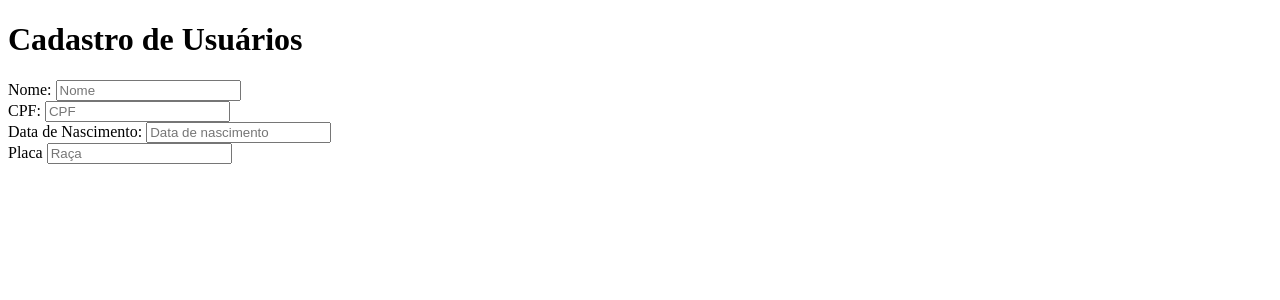
Repository: Najarin321/SiteJSP
Page: Java/FirstSite/WebContent/index.html
The author's editor kept a copy of each file at every save. The page is drawn from the files as they stood at one save, then again after the next save.
The browser window is 1280 px wide. The pictures show the whole page.

Above is the page before, as saved 2020-01-10 23:46:25.

After the next save:
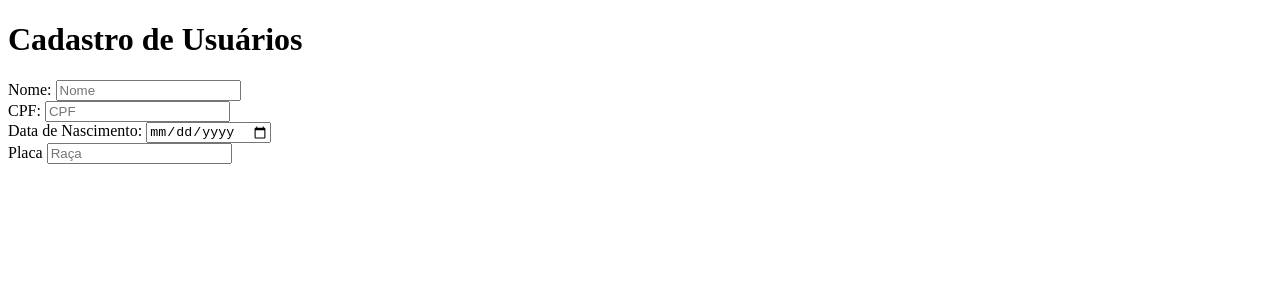
Saved 3 min 13 s later.
--- a/Java/FirstSite/WebContent/index.html
+++ b/Java/FirstSite/WebContent/index.html
@@ -19,7 +19,7 @@
 		</div>
 		<div>
 			<label>Data de Nascimento:</label>
-			<input type="text" placeholder="Data de nascimento"></input>
+			<input type="date" placeholder="Data de nascimento"></input>
 		</div>
 		<div>
 			<label>Placa</label>
